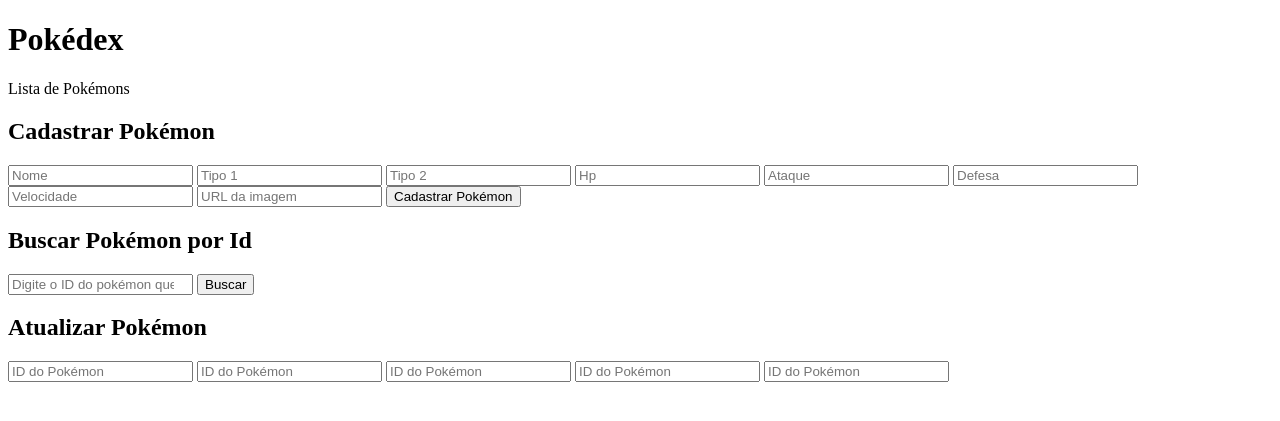
Repository: arthurSchgg/pokedex
Page: front-end/index.html
An editor plug-in stored every save of this project. The page is shown before and after a run of saves, followed by the edit.
The browser window is 1280 px wide. The pictures show the whole page.
The page's requests for data from a server got no answer.

Above is the page before, as saved 2026-10-01 16:05:01.

After the next 2 saves:
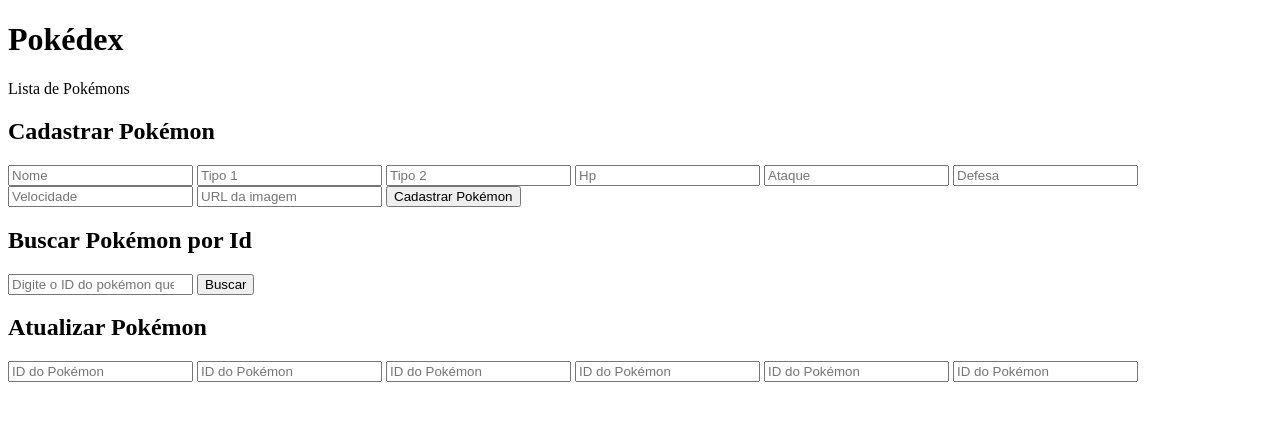
The 2 saves are shown as one change because they came seconds apart.
The last was saved 6 s later.
--- a/front-end/index.html
+++ b/front-end/index.html
@@ -87,6 +87,13 @@
 
             <input
                 type="number"
+                id="update-hp"
+                placeholder="ID do Pokémon"
+                required
+            >
+
+            <input
+                type="number"
                 id="update-id"
                 placeholder="ID do Pokémon"
                 required
